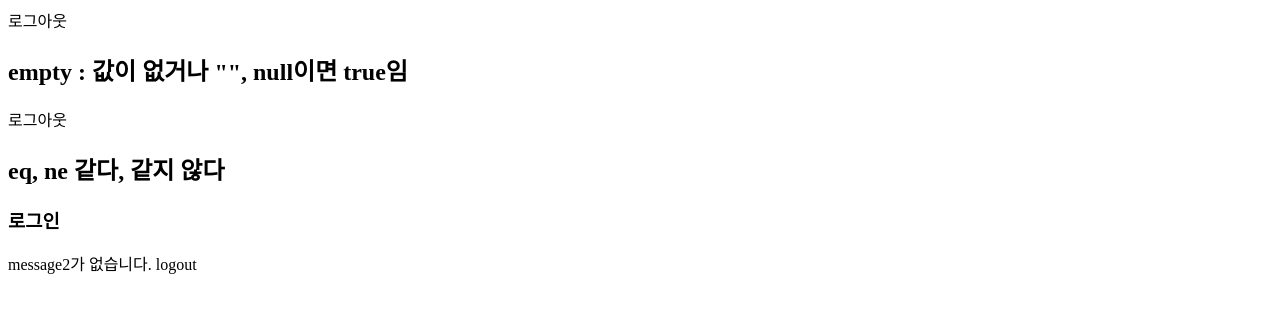
Repository: moonsae/jsp
Page: http://localhost/ELprj0908/jstl4
These files come from the project's save history. The page is drawn as it stood at one moment and after the next save; the edit follows.
The browser window is 1280 px wide. The pictures show the whole page.
The page is served by Tomcat 9. Other server files are loaded and not shown.

Above is the page before, as saved 2023-09-08 03:16:49.

### ELprj0908/src/main/webapp/WEB-INF/views/jstl4.jsp
<%@ page language="java" contentType="text/html; charset=UTF-8"
    pageEncoding="UTF-8"%>
<%@ taglib uri="http://java.sun.com/jsp/jstl/core" prefix="c" %>
<!DOCTYPE html>
<html>
<head>
<meta charset="UTF-8">
<title>Insert title here</title>
</head>
<body>
   <% String id = (String)session.getAttribute("id");
      if(id !=null){
   %>
      로그아웃
  <%} else{%>
       로그인
  <%} %>
  <h2> empty : 값이 없거나 "", null이면 true임</h2>
  <c:if test="${empty id }"> 로그인</c:if>
  <c:if test="${not empty id }"> 로그아웃</c:if>

  <h2> eq, ne 같다, 같지 않다</h2>

  <c:set var="message" value="비로그인"/>
  <c:if test="${message eq '비로그인' }">
      <h3>로그인</h3>
  </c:if>
  <c:if test="${message ne '비로그인'}">
      <h3>로그아웃</h3>
  </c:if>

  <c:if test="${empty message }">
     message가 없습니다.
  </c:if>
  <c:if test="${empty message2 }">
     message2가 없습니다.
  </c:if>
  <c:set var="loginOut" value="${empty id ? 'login':'logout' }"/>
  ${loginOut}
  </body>
</html>

### ELprj0908/src/main/java/elprj/Jstl4.java
package elprj;

import java.io.IOException;
import java.util.ArrayList;

import javax.servlet.ServletException;
import javax.servlet.annotation.WebServlet;
import javax.servlet.http.HttpServlet;
import javax.servlet.http.HttpServletRequest;
import javax.servlet.http.HttpServletResponse;
import javax.servlet.http.HttpSession;

@WebServlet("/jstl4")

public class Jstl4 extends HttpServlet{

	@Override
	protected void doGet(HttpServletRequest req, HttpServletResponse resp) throws ServletException, IOException {

		HttpSession session = req.getSession();
		session.setAttribute("id", "acorn01");
		req.getRequestDispatcher("WEB-INF/views/jstl4.jsp").forward(req, resp);
	}


}

After the next save:
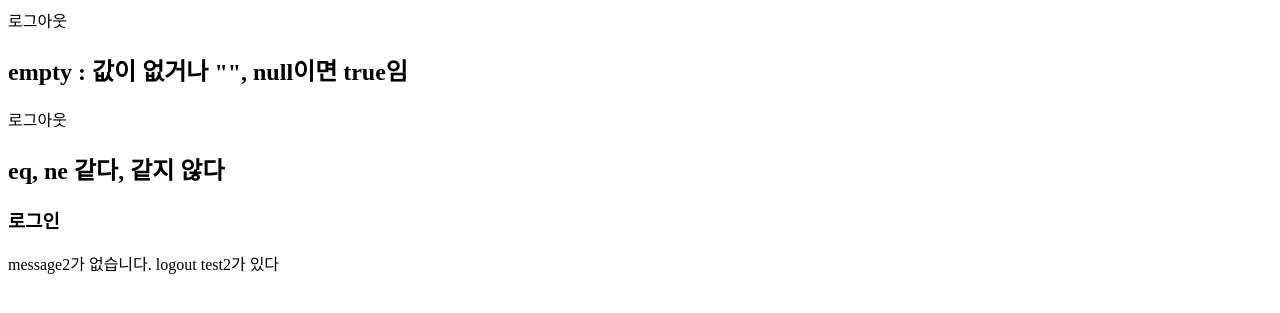
Saved 3 min 22 s later.
--- a/ELprj0908/src/main/webapp/WEB-INF/views/jstl4.jsp
+++ b/ELprj0908/src/main/webapp/WEB-INF/views/jstl4.jsp
@@ -37,5 +37,9 @@
   </c:if>
   <c:set var="loginOut" value="${empty id ? 'login':'logout' }"/>
   ${loginOut}
+
+  <c:set var="test2" value="acorn2"/>
+  <c:set var="result" value="${empty test2 ? 'test2가 없다' : 'test2가 있다' }"/>
+  ${result }
   </body>
 </html>
